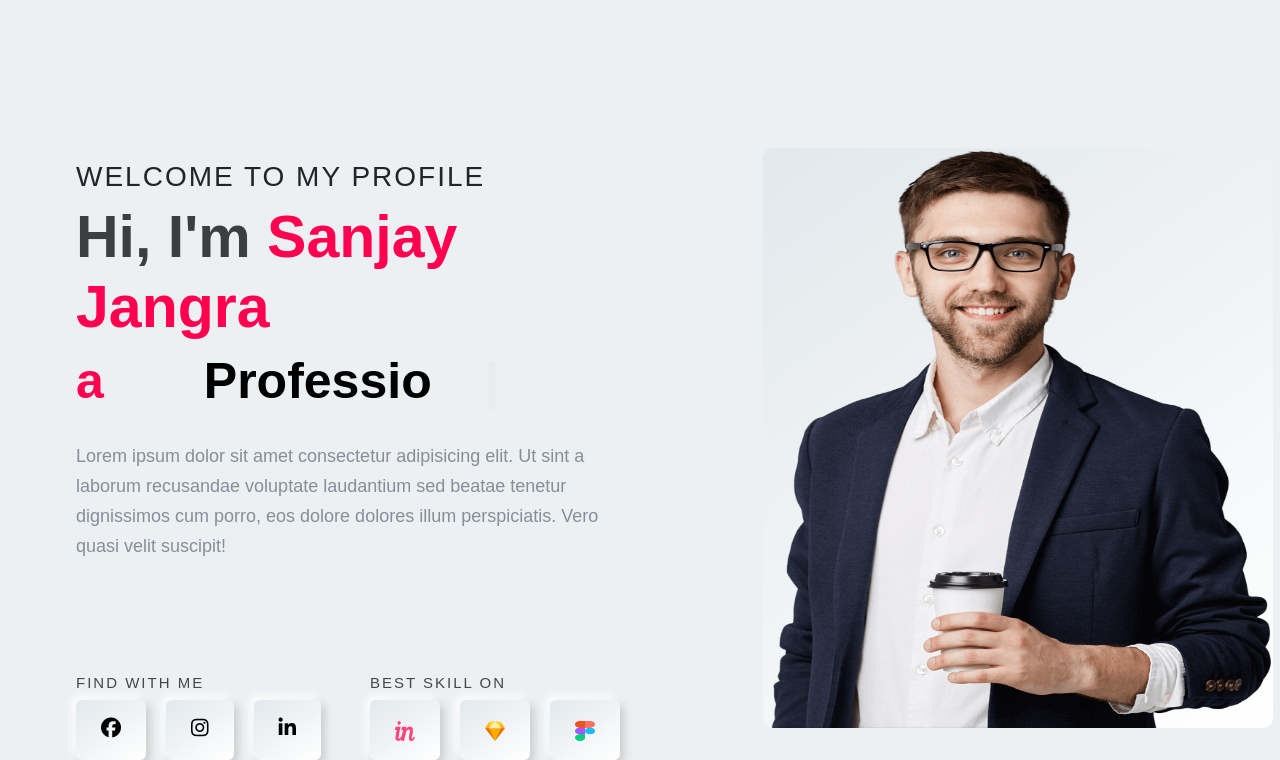
Repository: Sanjayjangra88/PortFolio
Page: /
These files come from the project's save history. The page is drawn as it stood at one moment and after the next save; the edit follows.
The browser window is 1280 px wide. The pictures show the whole page.
Some web libraries are served in a nearby version. The project was rebuilt for these pictures with package versions that can differ from the ones it lists, and the page was loaded fresh each time. Also part of the build but not shown: src/Components/Header/Header.jsx.

Above is the page before, as saved 2022-09-10 21:49:19.

### public/index.html
<!DOCTYPE html>
<html lang="en">
  <head>
    <meta charset="utf-8" />
    <link rel="icon" href="%PUBLIC_URL%/favicon.ico" />
    <meta name="viewport" content="width=device-width, initial-scale=1" />
    <meta name="theme-color" content="#000000" />
    <meta
      name="description"
      content="Web site created using create-react-app"
    />
    <link rel="apple-touch-icon" href="%PUBLIC_URL%/logo192.png" />
    <!--
      manifest.json provides metadata used when your web app is installed on a
      user's mobile device or desktop. See https://developers.google.com/web/fundamentals/web-app-manifest/
    -->
    <link rel="manifest" href="%PUBLIC_URL%/manifest.json" />
    <link rel="stylesheet" href="https://cdnjs.cloudflare.com/ajax/libs/font-awesome/6.1.1/css/all.min.css" integrity="sha512-KfkfwYDsLkIlwQp6LFnl8zNdLGxu9YAA1QvwINks4PhcElQSvqcyVLLD9aMhXd13uQjoXtEKNosOWaZqXgel0g==" crossorigin="anonymous" referrerpolicy="no-referrer" />

    <!--
      Notice the use of %PUBLIC_URL% in the tags above.
      It will be replaced with the URL of the `public` folder during the build.
      Only files inside the `public` folder can be referenced from the HTML.

      Unlike "/favicon.ico" or "favicon.ico", "%PUBLIC_URL%/favicon.ico" will
      work correctly both with client-side routing and a non-root public URL.
      Learn how to configure a non-root public URL by running `npm run build`.
    -->

    <link rel="manifest" href="%PUBLIC_URL%/manifest.json" />
    <link href="https://cdn.jsdelivr.net/npm/bootstrap@5.0.2/dist/css/bootstrap.min.css" rel="stylesheet" integrity="sha384-EVSTQN3/azprG1Anm3QDgpJLIm9Nao0Yz1ztcQTwFspd3yD65VohhpuuCOmLASjC" crossorigin="anonymous">
    <title>React App</title>
  </head>
  <body>
    <noscript>You need to enable JavaScript to run this app.</noscript>
    <div id="root"></div>
    <script src="https://kit.fontawesome.com/7578c5a215.js" crossorigin="anonymous"></script>
    <!--
      This HTML file is a template.
      If you open it directly in the browser, you will see an empty page.

      You can add webfonts, meta tags, or analytics to this file.
      The build step will place the bundled scripts into the <body> tag.

      To begin the development, run `npm start` or `yarn start`.
      To create a production bundle, use `npm run build` or `yarn build`.
    -->

    <script src="https://cdn.jsdelivr.net/npm/@popperjs/core@2.9.2/dist/umd/popper.min.js" integrity="sha384-IQsoLXl5PILFhosVNubq5LC7Qb9DXgDA9i+tQ8Zj3iwWAwPtgFTxbJ8NT4GN1R8p" crossorigin="anonymous"></script>
<script src="https://cdn.jsdelivr.net/npm/bootstrap@5.0.2/dist/js/bootstrap.min.js" integrity="sha384-cVKIPhGWiC2Al4u+LWgxfKTRIcfu0JTxR+EQDz/bgldoEyl4H0zUF0QKbrJ0EcQF" crossorigin="anonymous"></script>
  </body>
</html>

### src/App.js
import React from 'react'
import Header from './Components/Header/Header';
import "./App.css"
import Home from './Components/Home/Home';
const App = () => {
  return (
    <>
      {/* <Header/> */}
      <Home/>
    </>
  )
}

export default App

### src/App.css
@import url('https://fonts.googleapis.com/css2?family=Dancing+Script&family=EB+Garamond:ital,wght@1,500&family=Roboto+Slab:wght@300&display=swap');
* {
  padding: 0;
  margin: 0;
  box-sizing: border-box;
}
html {
  scroll-behavior: smooth;
}
body {
  font-family: "Poppins", sans-serif;
  background-color: #ecf0f3;
}
.container {
  max-width: 95%;
  margin: auto;
}
.d_flex {
  display: flex;
  justify-content: space-between;
}
.f_flex {
  display: flex;
}
a {
  text-decoration: none;
  color: black;
}
li {
  list-style: none;
}
.uppercase {
  text-transform: uppercase;
}
.capitalize {
  text-transform: capitalize;
}

button {
  border: none;
  outline: none;
  background-color: none;
}

.btn_shadow {
  padding: 18px 25px;
  border-radius: 6px;
  transition: 0.3s all ease;
  cursor: pointer;
  color: #000;
  transition: 0.5s;
}
.btn_shadow {
  background: linear-gradient(145deg, #e2e8ec, #ffffff);
  box-shadow: 4px 4px 8px #cbcbcb, -4px -4px 8px #ffffff;
}
.btn_shadow:hover {
  background: #ff014f;
  color: white;
  transform: translateY(-10px);
}
.box_shodow {
  background: linear-gradient(145deg, #e2e8ec, #ffffff);
  box-shadow: 4px 4px 8px #cbcbcb, -4px -4px 8px #ffffff;
  border-radius: 10px;
}
.row,
.left,
.right {
  width: 50%;
}
.top {
  margin-top: 80px;
}
.mtop {
  margin-top: 40px;
}
.heading {
  margin: 50px 0 50px 0;
}
.heading h4 {
  color: #ff014f;
  letter-spacing: 2px;
  font-weight: 400;
}
.heading h1 {
  font-size: 60px;
  color: #3c3e41;
}
h1 {
  color: #3c3e41;
}
.grid {
  display: grid;
  grid-template-columns: repeat(3, 1fr);
  grid-gap: 35px;
}
p {
  color: #3c3e41;
}
.text-center {
  text-align: center;
}
.primary_color {
  color: #ff014f;
}
textarea,
input {
  width: 100%;
  padding: 20px;
  border-radius: 5px;
  outline: none;
  border: 3px solid #e2e8ec;
  margin-bottom: 20px;
}
/*----------Footer---------*/
footer {
  margin: 20% 0 10% 0;
}
footer p {
  margin-top: 30px;
}
/*----------Footer---------*/
@media (max-width: 768px) {
  .grid {
    grid-template-columns: repeat(2, 1fr);
  }
  .left,
  .right {
    width: 100%;
  }
  }

### src/Components/Home/Home.jsx
import React from 'react'
import './home.css'
import hero from '../Pic/hero.png'
import skill1 from '../Pic/skill1.png'
import skill2 from '../Pic/skill2.png'
import skill3 from '../Pic/skill3.png'

import { Typewriter} from 'react-simple-typewriter'

const Home = () => {
  return (
    <>
      <section className='hero'id='home'>
        <div className="container f_flex top">
            <div className="left top">
                <h3>WELCOME TO MY PROFILE</h3>
                <h1>
                    Hi, I'm <span>Sanjay Jangra</span>
                    </h1>
                <h2>
                    a
                    <span>
                    <Typewriter
            words={['Web Developer', 'Professional Coder.']}
            loop
            cursor
            cursorStyle='|'
            typeSpeed={70}
            deleteSpeed={50}
            delaySpeed={1000}

            />
                        </span></h2>
                        <p>
Lorem ipsum dolor sit amet consectetur adipisicing elit. Ut sint a laborum recusandae voluptate laudantium sed beatae tenetur dignissimos cum porro, eos dolore dolores illum perspiciatis. Vero quasi velit suscipit!
                        </p>
                        <div className='hero_btn d_flex'>
                            <div className="col_1">
                                <h4>FIND WITH ME</h4>
                                <div className="button">
                                    <button className='btn_shadow'>
                                        <i className='fab fa-facebook'></i>
                                    </button>
                                    <button className='btn_shadow'>
                                        <i className='fab fa-instagram'></i>
                                    </button>
                                    <button className='btn_shadow'>
                                        <i className='fab fa-linkedin-in'></i>
                                    </button>
                                </div>
                            </div>
                            <div className="col_1">
                                <h4>BEST SKILL ON</h4>
                                <button className='btn_shadow'>
                                        <img src={skill1}alt=''/>
                                    </button>
                                <button className='btn_shadow'>
                                        <img src={skill2}alt=''/>
                                    </button>
                                <button className='btn_shadow'>
                                        <img src={skill3}alt=''/>
                                    </button>
                            </div>
                        </div>
            </div>
            <div className="right">
                <div className="right_img">
                    <img src={hero}alt=''/>
                </div>
            </div>
        </div>
      </section>
    </>
  )
}

export default Home

### src/Components/Header/header.css

*,
*::after,
*::before{
    box-sizing: border-box;
    padding: 0;
    margin: 0;
}

.html{
    font-size: 62.5%;
}

.navbar input[type="checkbox"],
.navbar .hamburger-lines{
    display: none;
}

.container{
    max-width: 1200px;
    width: 90%;
    margin: auto;
}

.navbar{
    box-shadow: 0px 5px 10px 0px #aaa;
    position: fixed;
    width: 100%;
    background: #FAA7B8;
    color: #000;
    opacity: 0.85;
    z-index: 100;
}

.navbar-container{
    display: flex;
    justify-content: space-between;
    height: 64px;
    align-items: center;
}

.menu-items{
    margin-top: 15px;
    order: 2;
    display: flex;
}
.logo{
    order: 1;
    font-size: 2.3rem;
    margin-bottom: 5px;
}

.menu-items li{
    list-style: none;
    margin-left: 1.5rem;
    font-size: 1.3rem;
}

.navbar a{
    color: #444;
    text-decoration: none;
    font-weight: 500;
    transition: color 0.3s ease-in-out;
}

.navbar a:hover{
    color: #117964;
}
.home-btn:hover {
  background: #ff014f;
  color: white;
}


.home-btn {
  padding: 18px 25px;
  height: 1vh;
  line-height: 1vh;
  font-size: 13px;
  border-radius: 6px;
  transition: 0.3s all ease;
  cursor: pointer;
  height: fit-content;
  color: #ff014f;

}
.home-btn {
  background: linear-gradient(145deg, #e2e8ec, #ffffff);
  box-shadow: 4px 4px 8px #cbcbcb, -4px -4px 8px #ffffff;
}
navbar {
  transition: 0.5s;
  font-size: 13px;
  font-weight: 500;
  letter-spacing: 2px;
}





@media (max-width: 900px){
    .navbar{
        opacity: 0.95;
    }

    .navbar-container input[type="checkbox"],
    .navbar-container .hamburger-lines{
        display: block;
    }

    .navbar-container{
        display: block;
        position: relative;
        height: 64px;
    }

    .navbar-container input[type="checkbox"]{
        position: absolute;
        display: block;
        height: 32px;
        width: 30px;
        top: 20px;
        left: 20px;
        z-index: 5;
        opacity: 0;
        cursor: pointer;
    }

    .navbar-container .hamburger-lines{
        display: block;
        height: 28px;
        width: 35px;
        position: absolute;
        top: 20px;
        left: 20px;
        z-index: 2;
        display: flex;
        flex-direction: column;
        justify-content: space-between;
    }

    .navbar-container .hamburger-lines .line{
        display: block;
        height: 4px;
        width: 100%;
        border-radius: 10px;
        background: #333;
    }

    .navbar-container .hamburger-lines .line1{
        transform-origin: 0% 0%;
        transition: transform 0.3s ease-in-out;
    }

    .navbar-container .hamburger-lines .line2{
        transition: transform 0.2s ease-in-out;
    }

    .navbar-container .hamburger-lines .line3{
        transform-origin: 0% 100%;
        transition: transform 0.3s ease-in-out;
    }

    .navbar .menu-items{
        padding-top: 100px;
        background: #fff;
        height: 100vh;
        max-width: 300px;
        transform: translate(-150%);
        display: flex;
        flex-direction: column;
        margin-left: -40px;
        padding-left: 40px;
        transition: transform 0.5s ease-in-out;
        box-shadow:  5px 0px 10px 0px #aaa;
        overflow: scroll;
    }

    .navbar .menu-items li{
        margin-bottom: 1.8rem;
        font-size: 1.1rem;
        font-weight: 500;
    }

    .logo{
        position: absolute;
        top: 10px;
        right: 15px;
        font-size: 2.5rem;

    }

    .navbar-container input[type="checkbox"]:checked ~ .menu-items{
        transform: translateX(0);
    }

    .navbar-container input[type="checkbox"]:checked ~ .hamburger-lines .line1{
        transform: rotate(45deg);
    }

    .navbar-container input[type="checkbox"]:checked ~ .hamburger-lines .line2{
        transform: scaleY(0);
    }

    .navbar-container input[type="checkbox"]:checked ~ .hamburger-lines .line3{
        transform: rotate(-45deg);
    }
    .home-btn:hover {
      background: #ff014f;
      color: white;

    }


    .home-btn {
      padding: 18px 25px;
      height: 1vh;
      line-height: 1vh;
      font-size: 13px;
      border-radius: 6px;
      transition: 0.3s all ease;
      cursor: pointer;
      height: fit-content;
      color: #ff014f;
      margin-right: 25px;

    }
    .home-btn {
      background: linear-gradient(145deg, #e2e8ec, #ffffff);
      box-shadow: 4px 4px 8px #cbcbcb, -4px -4px 8px #ffffff;
    }

}

@media (max-width: 500px){
    .navbar-container input[type="checkbox"]:checked ~ .logo{
        display: none;
    }
}
.demo{
  height: 300vh;
}

### src/Components/Home/home.css
.hero{
    position: relative;

}
.hero h3{
    font-weight: 100;
    letter-spacing: 2px;
}
.hero h1{
    font-size: 59px;
    font-weight: bold;
}
.hero h1 span{
    color: #ff014f;
}
.hero h2{
    font-size: 50px;
    font-weight: bold;
    color: #ff014f;
}
.hero h2 span{
    color: black;
    margin-left: 50px;
}
.hero p{
    color:#878e99;
    font-size: 18px;
    line-height: 30px;
    margin-top: 30px;
}
.hero_btn{
    margin-top: 20%;
}
/* .hero_btn{
    <element class="hero_btn">
    Selector Specificity:(0,1,0)
} */

.hero_btn h4{
    font-weight: 500;
    letter-spacing: 2px;
    color: #43474b;
    font-size: 15px;
    margin: 30pz 0 30px 0;

}
.hero_btn button{
    margin-right: 20px;
}
.hero_btn i{
    font-size: 20px;
}
.hero_btn button img{
    width: 20px;
    height: 20px;
   }
   .hero .left{
    margin-right: 10px;
   }
.hero .right{
    width: 40%;
    position: relative;
    }
.hero .right img{
    background: linear-gradient(145deg ,#e2e8ec , #ffffff);
    box-shadow: 4px 4px 8px #cbcbcb .4ox -4px 8px #ffffff;
    border-radius: 10px;
    height: 580px;
    width: 510px;
    margin-top: 15%;
    margin-left: 25%;

}
.hero .right_img img{
    position: absolute;
    top: 0;
    width: 510px;

}

Loaded but not shown: src/index.js (common file); src/index.css (common file); src/reportWebVitals.js (common file)

After the next save:
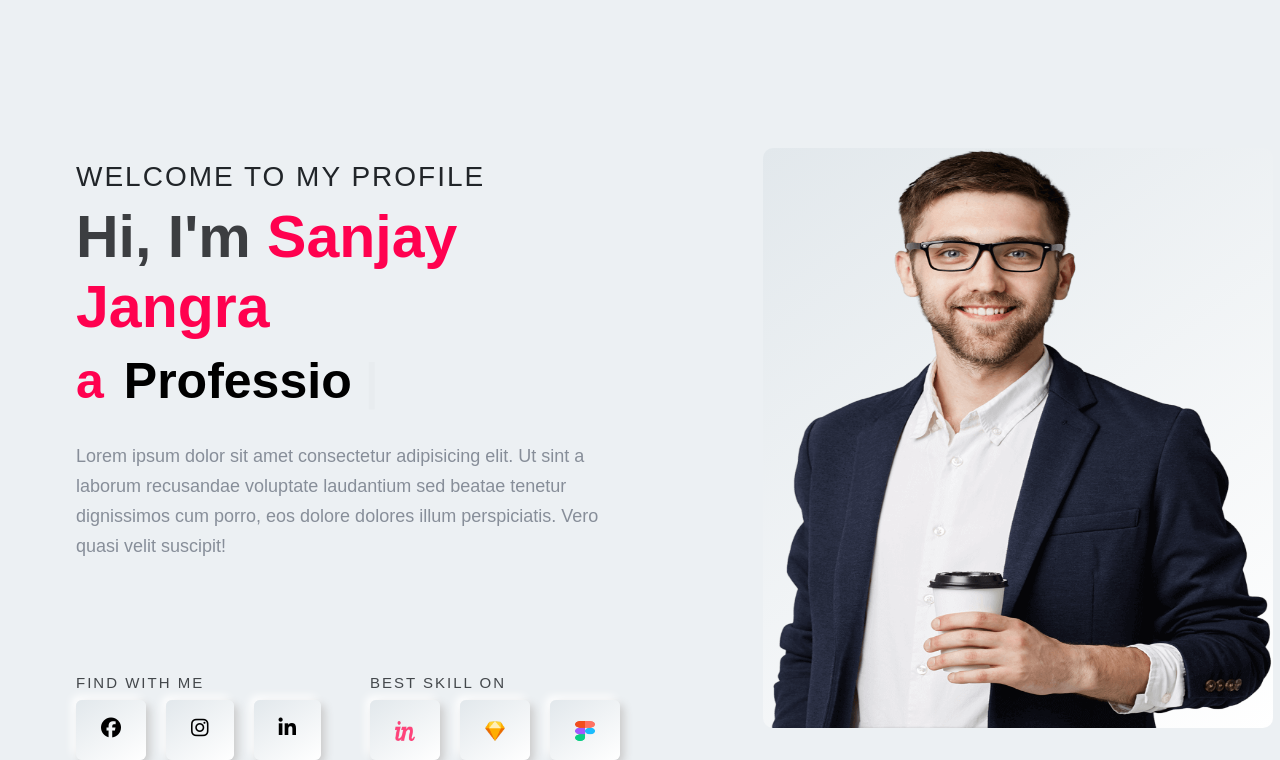
Saved 10 s later.
--- a/src/Components/Home/home.css
+++ b/src/Components/Home/home.css
@@ -20,7 +20,7 @@
 }
 .hero h2 span{
     color: black;
-    margin-left: 50px;
+    margin-left: 10px;
 }
 .hero p{
     color:#878e99;
